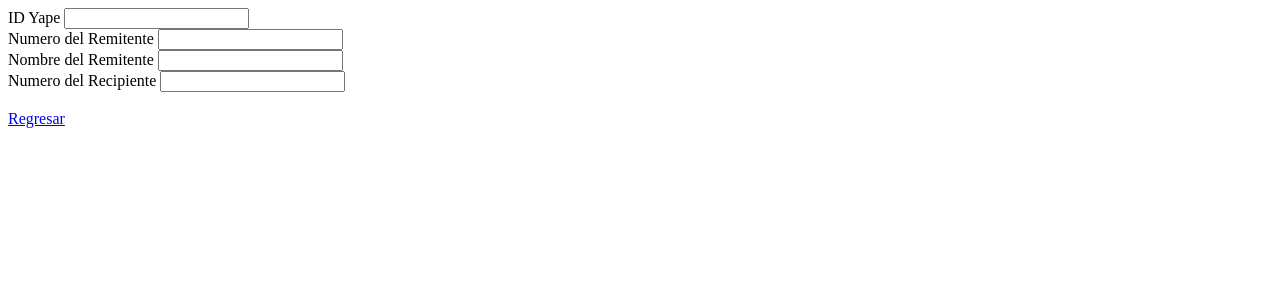
Repository: Gimblet/LP1_Proyecto_Yape
Page: http://localhost/Yape/YapeInfo.jsp
The author's editor kept a copy of each file at every save. The page is drawn from the files as they stood at one save, then again after the next save.
The browser window is 1280 px wide. The pictures show the whole page.
The page is served by Tomcat 9. Other server files are loaded and not shown.

Above is the page before, as saved 2024-04-20 17:30:32.

### Yape/src/main/webapp/YapeInfo.jsp
<%@page import="data.ClaseUtilitaria"%>
<%@ page language="java" contentType="text/html; charset=ISO-8859-1"
    pageEncoding="ISO-8859-1"%>
<%
	ClaseUtilitaria item = null;
	String status = "default";
	if(request.getAttribute("infoYape") != null) {
		item = (ClaseUtilitaria) request.getAttribute("infoYape");
		status = "Todo Bien Pa";
	} else {
		status = "uyuyuyuyuy";
	}
%>
<!DOCTYPE html>
<html>
<head>
<meta charset="ISO-8859-1">
<title>Informacion de Yape <%= status %></title>
</head>
<body>
	<form action="Servlet" method="post">
		<div class="form-group">
			<label class="text-secondary">ID Yape</label>
			<input class="form-control" type="text" name="txtYapeId" value="<%= (item != null)? item.getIdYape():"" %>">
		</div>
		<div class="form-group">
			<label class="text-secondary">Numero del Remitente</label>
			<input class="form-control" type="text" name="txtNumeroRemitente" value="<%= (item != null)? item.getNumeroRemitente():"" %>">
		</div>
		<div class="form-group">
			<label class="text-secondary">Nombre del Remitente</label>
			<input class="form-control" type="text" name="txtNombreRemitente" value="<%= (item != null)? item.getNombreRemitente():"" %>">
		</div>
		<div class="form-group">
			<label class="text-secondary">Numero del Recipiente</label>
			<input class="form-control" type="text" name="txtDocente" value="<%= (item != null)? item.getNumeroRecipiente():"" %>">
		</div>
		<br>
	</form>
	<a href="Servlet?type=listar" class="btn btn-primary">Regresar</a>
</body>
</html>

After the next save:
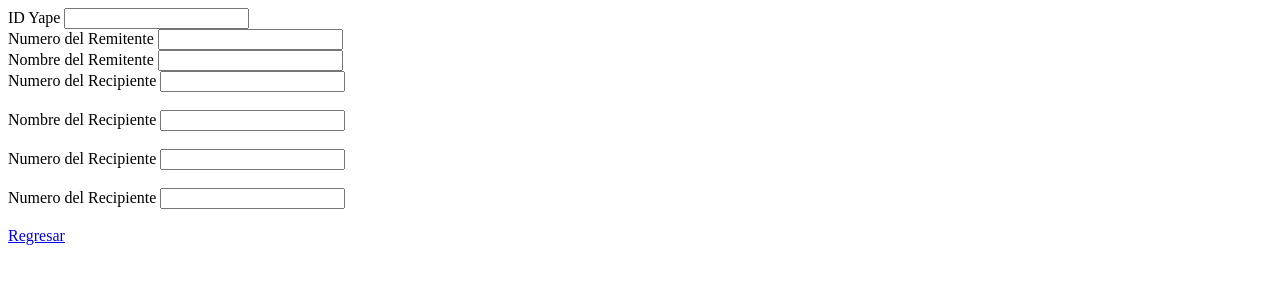
Saved 32 s later.
--- a/Yape/src/main/webapp/YapeInfo.jsp
+++ b/Yape/src/main/webapp/YapeInfo.jsp
@@ -36,6 +36,21 @@
 			<input class="form-control" type="text" name="txtDocente" value="<%= (item != null)? item.getNumeroRecipiente():"" %>">
 		</div>
 		<br>
+		<div class="form-group">
+			<label class="text-secondary">Nombre del Recipiente</label>
+			<input class="form-control" type="text" name="txtDocente" value="<%= (item != null)? item.getNumeroRecipiente():"" %>">
+		</div>
+		<br>
+		<div class="form-group">
+			<label class="text-secondary">Numero del Recipiente</label>
+			<input class="form-control" type="text" name="txtDocente" value="<%= (item != null)? item.getNumeroRecipiente():"" %>">
+		</div>
+		<br>
+		<div class="form-group">
+			<label class="text-secondary">Numero del Recipiente</label>
+			<input class="form-control" type="text" name="txtDocente" value="<%= (item != null)? item.getNumeroRecipiente():"" %>">
+		</div>
+		<br>
 	</form>
 	<a href="Servlet?type=listar" class="btn btn-primary">Regresar</a>
 </body>
